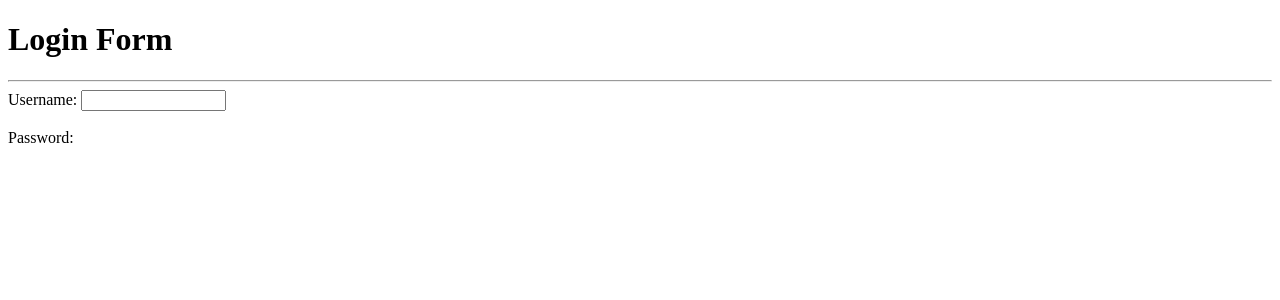
Repository: ManjulavaniSripathi/Day10
Page: LoginApp/WebContent/Registration.html
An editor plug-in stored every save of this project. The page is shown before and after the next save, followed by the edit.
The browser window is 1280 px wide. The pictures show the whole page.

Above is the page before, as saved 2018-09-05 12:07:49.

After the next save:
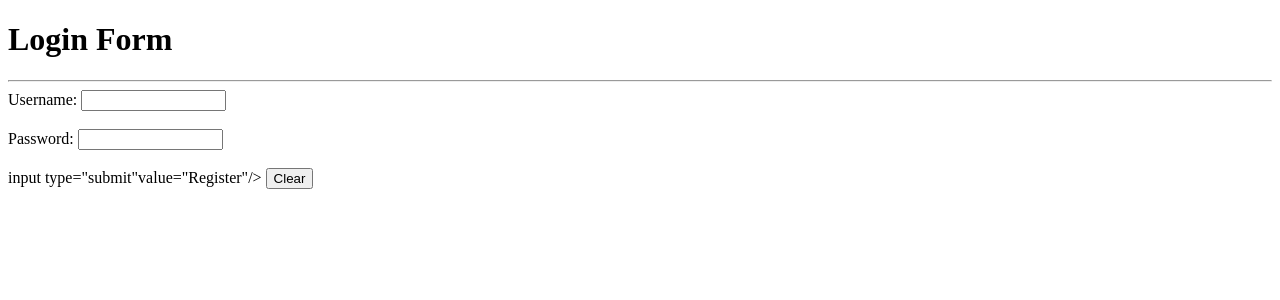
Saved 4 min 25 s later.
--- a/LoginApp/WebContent/Registration.html
+++ b/LoginApp/WebContent/Registration.html
@@ -12,7 +12,7 @@
 <input type="text" name="username"size="15"/>
 <br><br>
 <label>Password:</label>
-<input type='password" name="password"size="15"/>
+<input type="password" name="password"size="15"/>
 <br><br>
 input type="submit"value="Register"/>
 <input type="reset"value="Clear"/>
